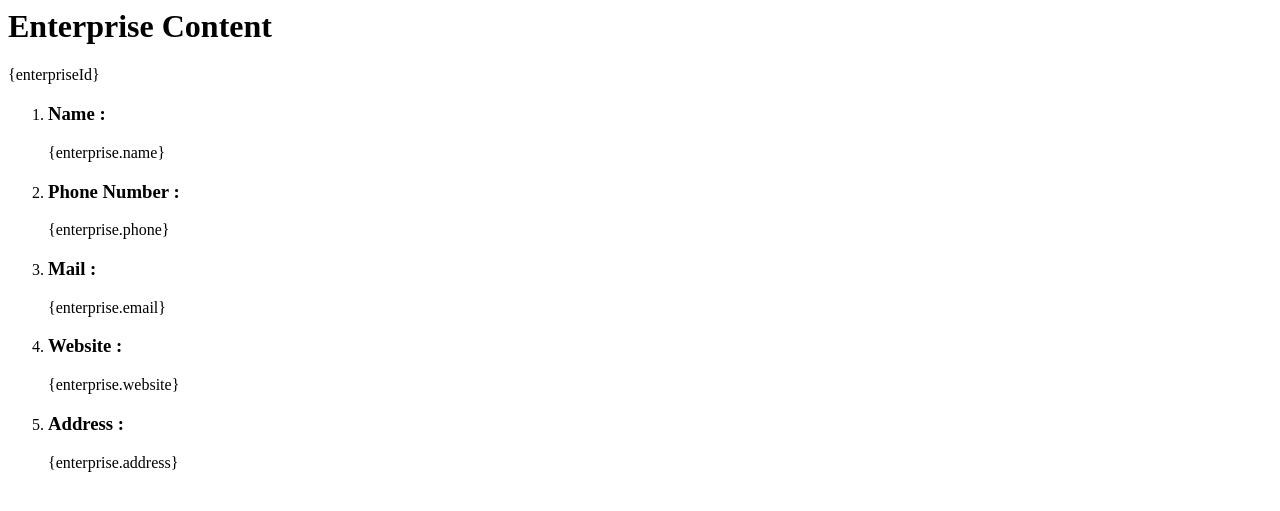
Repository: afif-dhaw/extension-builder
Page: extensions/formation/Resources/Private/Templates/Content/Enterprise.html
The author's editor kept a copy of each file at every save. The page is drawn from the files as they stood at one save, then again after the next save.
The browser window is 1280 px wide. The pictures show the whole page.

Above is the page before, as saved 2023-03-27 14:58:38.

### extensions/formation/Resources/Private/Templates/Content/Enterprise.html
<html data-namespace-typo3-fluid="true" xmlns:f="http://typo3.org/ns/TYPO3Fluid/Fluid/ViewHelpers"
  xmlns:v="http://typo3.org/ns/FluidTYPO3/Vhs/ViewHelpers" xmlns:flux="http://typo3.org/ns/FluidTYPO3/Flux/ViewHelpers"
  xmlns:p="Filter\Filter\ViewHelpers">

<f:layout name="Default" />

<f:section name="Configuration">
  <flux:form id="enterprise" label="Enterprise Content" description="Enterprise Content">

  </flux:form>
</f:section>

<f:section name="Preview">
  <h1>Enterprise Content</h1>
</f:section>

<f:section name="Main">
  {enterpriseId}
  <f:variable name="enterprise" value="{p:enterprise(enterpriseId: enterpriseId)}"></f:variable>
  <div class="container-vhs">
    <f:if condition="{enterprise}">
      <ol>
        <li class="list-item-vhs">
          <h3>Name : </h3>{enterprise.name}
        </li>
        <li class="list-item-vhs">
          <h3>Phone Number : </h3>{enterprise.phone}
        </li>
        <li class="list-item-vhs">
          <h3>Mail : </h3>{enterprise.email}
        </li>
        <li class="list-item-vhs">
          <h3>Website : </h3>{enterprise.website}
        </li>
        <li class="list-item-vhs">
          <h3>Address : </h3>{enterprise.address}
        </li>
      </ol>
    </f:if>
  </div>
</f:section>

</html>

After the next save:
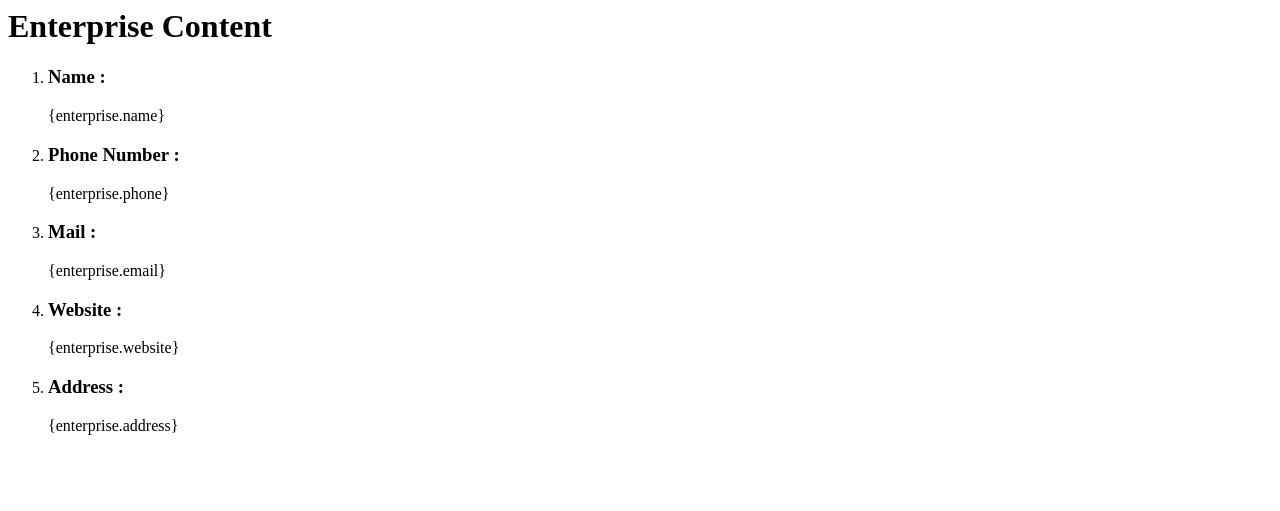
Saved 23 min 18 s later.
--- a/extensions/formation/Resources/Private/Templates/Content/Enterprise.html
+++ b/extensions/formation/Resources/Private/Templates/Content/Enterprise.html
@@ -15,7 +15,6 @@
 </f:section>
 
 <f:section name="Main">
-  {enterpriseId}
   <f:variable name="enterprise" value="{p:enterprise(enterpriseId: enterpriseId)}"></f:variable>
   <div class="container-vhs">
     <f:if condition="{enterprise}">
